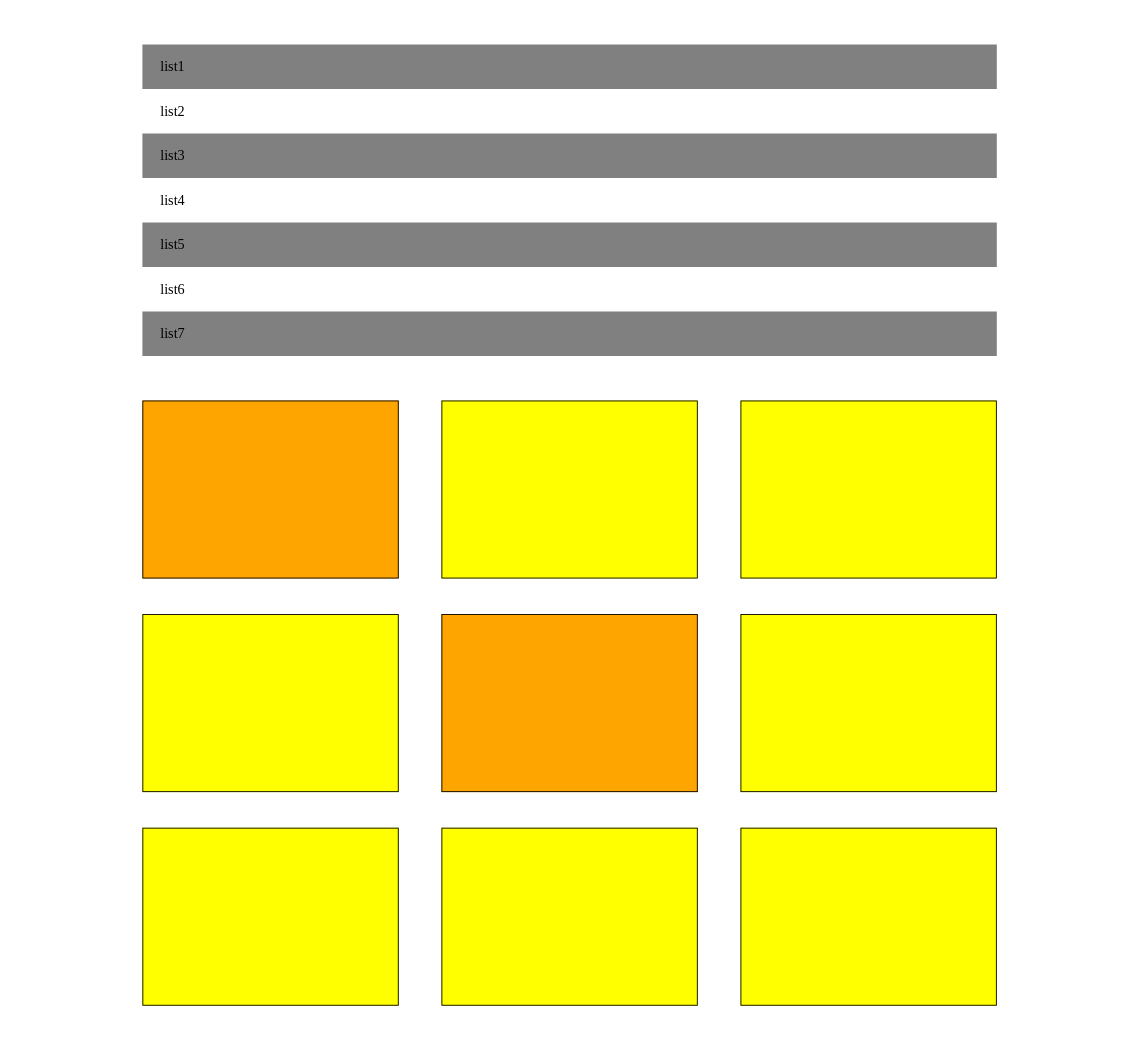
Repository: yukito7878/HTML-CSS-practice
Page: caravan/index8-practice.html
The author's editor kept a record of every edit. The page is drawn from the files as they stood at one moment, then again after the next edit.
The browser window is 1280 px wide. The pictures show the whole page, at 89% of full size.

Above is the page before.

### caravan/index8-practice.html
<!DOCTYPE html>
<html lang="ja">
  <head>
    <meta charset="UTF-8" />
    <!-- CSSファイルの読み込み -->
    <link rel="stylesheet" href="style8-practice.css" />
    <title>CARAVAN</title>
  </head>

  <body>

    <main class="big-block">
      <div class="list-block">
        <div class="list">list1</div>
        <div class="list">list2</div>
        <div class="list">list3</div>
        <div class="list">list4</div>
        <div class="list">list5</div>
        <div class="list">list6</div>
        <div class="list">list7</div>
      </div>
      <div class="big-color-block">
        <div class="color-blocks">
          <div class="a-color-block"></div>
          <div class="a-color-block"></div>
          <div class="a-color-block"></div>
        </div>
        <div class="color-blocks">
          <div class="a-color-block"></div>
          <div class="a-color-block"></div>
          <div class="a-color-block"></div>
        </div>
        <div class="color-blocks">
          <div class="a-color-block"></div>
          <div class="a-color-block"></div>
          <div class="a-color-block"></div>
        </div>

      </div>
    </main>

  </body>
</html>

### caravan/style8-practice.css
*{
  margin: 0;
  padding: 0;
  box-sizing: border-box;
}

.big-block{
  display: flex;
  flex-direction: column;
  width: 960px;
  margin: 50px auto;
}

.list-block{
  display: flex;
  flex-direction: column;
}

.list{
  height: 50px;
  width: 100%;
  display: flex;
  align-items: center;
  padding: 20px 20px;
}

.list:nth-child(odd){
  background-color: gray;
}

.big-color-block{
  margin-top: 50px;
}

.color-blocks:nth-child(2){
  margin-top: 40px;
}

.color-blocks:nth-child(3){
  margin-top: 40px;
}

.color-blocks{
  width: 960px;
  display: flex;
  justify-content: center;
}

.a-color-block{
  height: 200px;
  width: 30%;
  border: 1px solid black;
  background-color: yellow;
}

.a-color-block:nth-child(1){
  margin-right: 5%;
}

.a-color-block:nth-child(3){
  margin-left: 5%;
}

.color-blocks:nth-child(1) .a-color-block:nth-child(1){
  background-color: orange;
}

.color-blocks:nth-child(2) .a-color-block:nth-child(2){
  background-color: orange;
}

.color-blocks:nth-child(1) .a-color-block:nth-child(1){
  background-color: orange;
}

After the next edit:
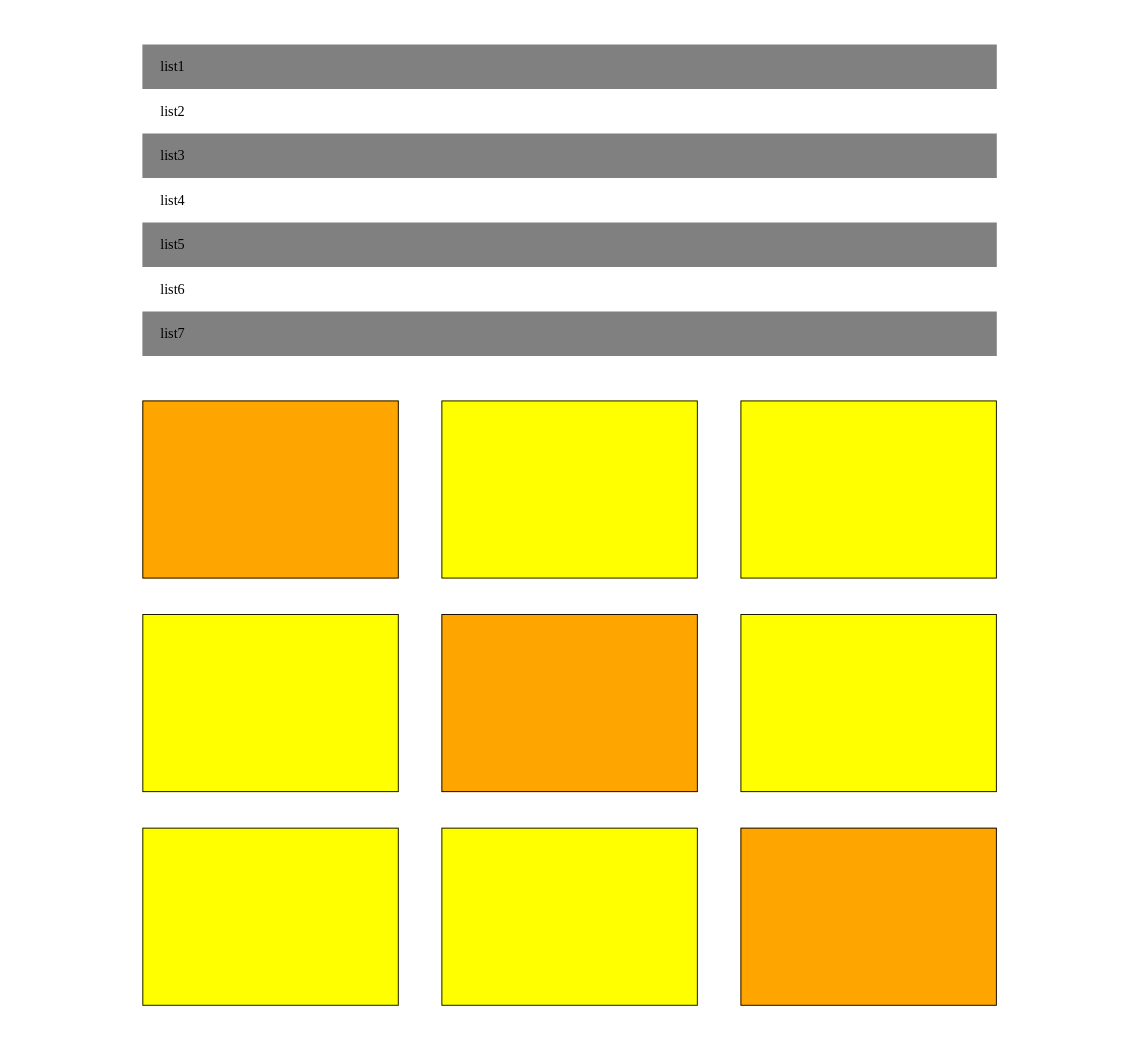
The edit:
--- a/caravan/style8-practice.css
+++ b/caravan/style8-practice.css
@@ -69,6 +69,6 @@
   background-color: orange;
 }
 
-.color-blocks:nth-child(1) .a-color-block:nth-child(1){
+.color-blocks:nth-child(3) .a-color-block:nth-child(3){
   background-color: orange;
 }
